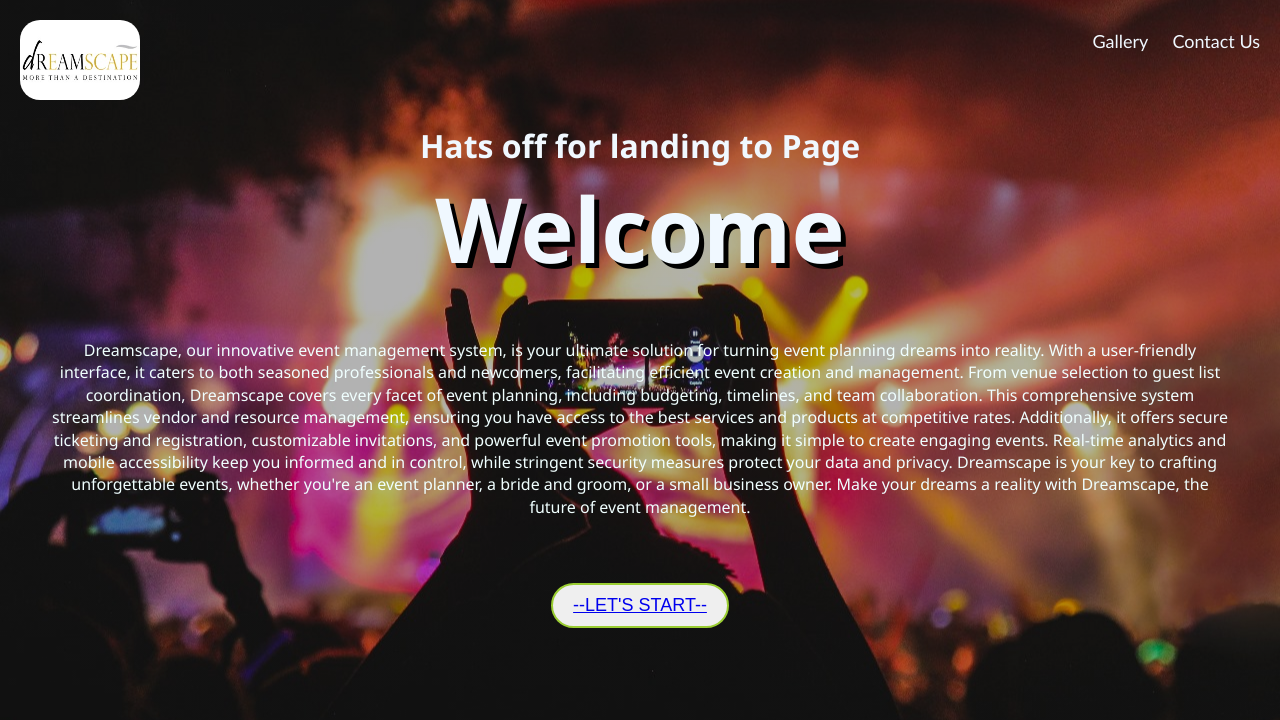
Repository: Dulankayapa/2ndyearoopprojrct
Page: http://localhost/feedback/welcome.jsp
These files come from the project's save history. The page is drawn as it stood at one moment and after the next save; the edit follows.
The browser window is 1280 px wide. The pictures show the whole page.
The page is served by Tomcat 9.

Above is the page before, as saved 2023-10-23 13:04:16.

After the next save:
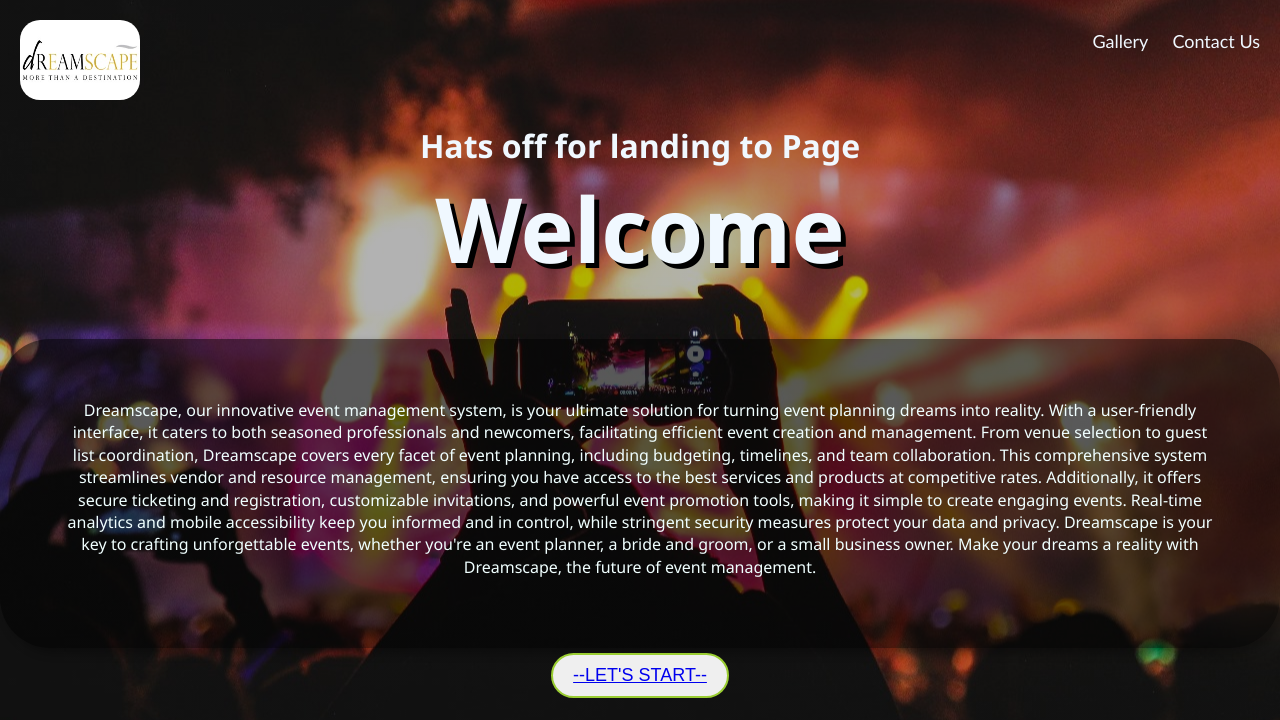
Saved 15 s later.
--- a/feedback/src/main/webapp/welcome.jsp
+++ b/feedback/src/main/webapp/welcome.jsp
@@ -100,6 +100,16 @@ p {
 	background: aliceblue;
 	color: blue;
 }
+
+.hometext {
+	background-color: rgba(0, 0, 0, 0.5);
+	color: white;
+	padding: 10px;
+	border-radius: 50px;
+	box-shadow: 5px 5px 10px rgba(0, 0, 0, 0.3);
+	text-align: justify;
+	margin-top:50px;
+}
 </style>
 </head>
 <body>
